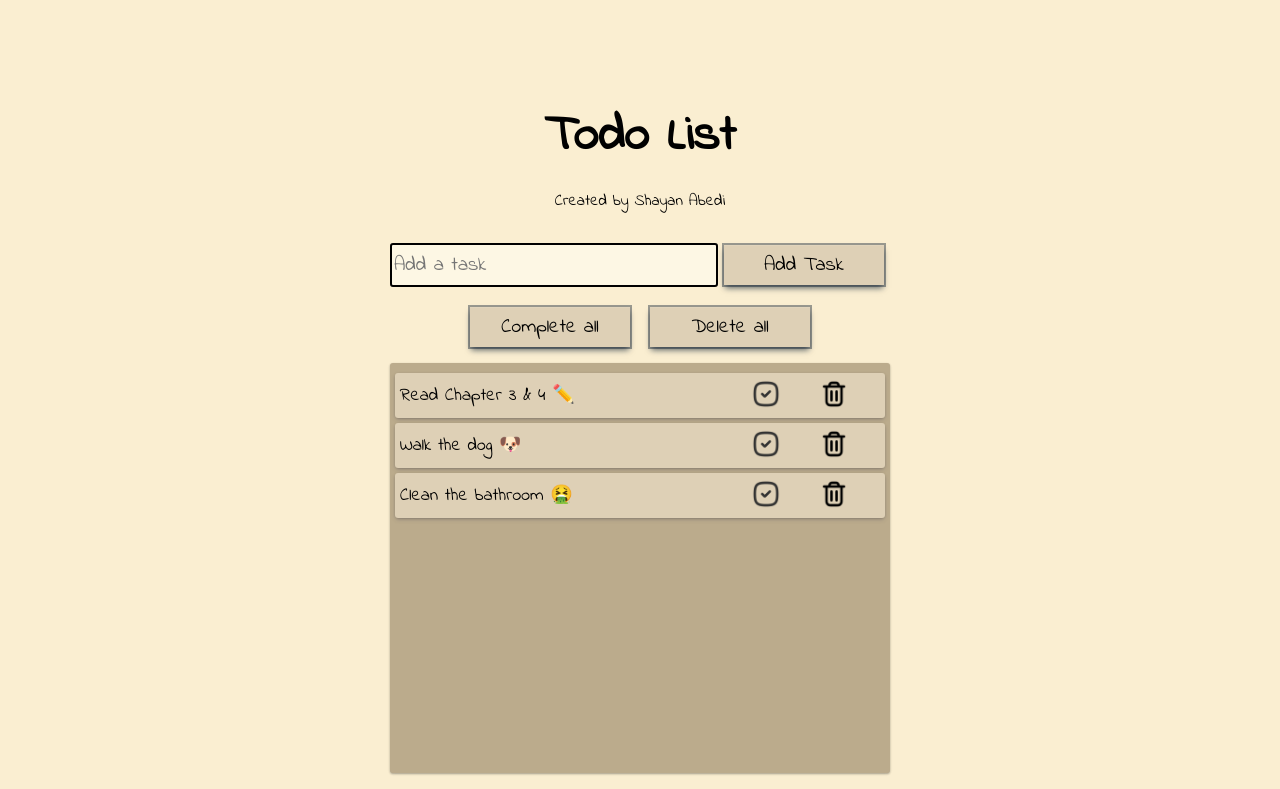
Repository: shayanabedi98/todo-list
Page: /
An editor plug-in stored every save of this project. The page is shown before and after the next save, followed by the edit.
The browser window is 1280 px wide. The pictures show the whole page.
The project was rebuilt for these pictures with package versions that can differ from the ones it lists, and the page was loaded fresh each time. Also part of the build but not shown: vite.config.js.

Above is the page before, as saved 2023-12-30 19:41:26.

### index.html
<!doctype html>
<html lang="en">
  <head>
    <meta charset="UTF-8" />
    <link rel="icon" type="image/svg+xml" href="./src/assets/pencil-svgrepo-com.png" />
    <meta name="viewport" content="width=device-width, initial-scale=1.0" />
    <link rel="preconnect" href="https://fonts.googleapis.com">
    <link rel="preconnect" href="https://fonts.gstatic.com" crossorigin>
    <link href="https://fonts.googleapis.com/css2?family=Indie+Flower&display=swap" rel="stylesheet">
    <title>Todo List</title>
  </head>
  <body>
    <div id="root"></div>
    <script type="module" src="/src/main.jsx"></script>
  </body>
</html>

### src/App.jsx
import { useState } from "react";
import { v4 as uuid } from "uuid";
import TodoList from "./TodoList";
import CreateTask from "./CreateTask";
import AffectAll from "./AffectAll";

function App() {
  const [list, setList] = useState([
    { id: uuid(), text: "Read Chapter 3 & 4 ✏️", completed: false },
    { id: uuid(), text: "Walk the dog 🐶", completed: false },
    { id: uuid(), text: "Clean the bathroom 🤮", completed: false },
  ]);
  const [input, setInput] = useState("");

  const addTask = () => {
    if (input.trim() !== "") {
      setList([...list, { id: uuid(), text: input, completed: false }]);
      setInput("");
    }
  };

  const handleChange = (event) => {
    setInput(event.target.value);
  };

  const handleDelete = (taskID) => {
    const newList = list.filter((task) => {
      return task.id !== taskID;
    });
    setList(newList);
  };

  const handleComplete = (taskID) => {
    const newList = list.map((task) => {
      if (task.id === taskID) {
        return { ...task, completed: !task.completed };
      } else {
        return task;
      }
    });
    setList(newList);
  };

  const clearAll = () => {
    setList([]);
  };

  const completeAll = () => {
    const isItCompleted = list.some((task) => !task.completed);
    const newList = list.map((task) => ({ ...task, completed: isItCompleted }));
    setList(newList)
  };

  return (
    <>
      <h1>Todo List</h1>
      <p id="developer">Created by Shayan Abedi</p>
      <CreateTask handleChange={handleChange} input={input} addTask={addTask} />
      <AffectAll clearAll={clearAll} completeAll={completeAll} />
      <TodoList
        list={list}
        handleDelete={handleDelete}
        handleComplete={handleComplete}
      />
    </>
  );
}

export default App;

### src/index.css
body {
  background-color: #FAEED1;
  font-family: 'Indie Flower', cursive;
}

h1 {
  font-size: 50px;
  margin-top: 100px;
  margin-bottom: 0;
  text-align: center;
}

.create-task {
  display: grid;
  place-items: center;
  align-content: center;
  grid-template-columns: 1fr 1fr;
  margin: 30px auto 0 auto;
}

.create-task input {
  background-color: #FDF7E4;
  border: 2px solid black;
  border-radius: 3px;
  font-size: 20px;
  height: 38px;
  width: 320px;
  font-family: 'Indie Flower', cursive;
}

.create-task button {
  background-color: #DED0B6;
  border: none;
  font-family: 'Indie Flower', cursive;
  height: 40px;
  width: 160px;
  font-size: 20px;
  box-shadow: rgba(6, 24, 44, 0.4) 0px 0px 0px 2px, rgba(6, 24, 44, 0.65) 0px 4px 6px -1px, rgba(255, 255, 255, 0.08) 0px 1px 0px inset;
  cursor: pointer;
}

.affect-all {
  display: flex;
  place-content: center;
  margin-top: 20px;
}

.affect-all button {
  background-color: #DED0B6;
  border: none;
  margin: 0 10px;
  font-family: 'Indie Flower', cursive;
  height: 40px;
  width: 160px;
  font-size: 20px;
  box-shadow: rgba(6, 24, 44, 0.4) 0px 0px 0px 2px, rgba(6, 24, 44, 0.65) 0px 4px 6px -1px, rgba(255, 255, 255, 0.08) 0px 1px 0px inset;
  cursor: pointer;
}

.list ul {
 padding: 5px;
 box-shadow: rgba(0, 0, 0, 0.12) 0px 1px 3px, rgba(0, 0, 0, 0.24) 0px 1px 2px;
  border-radius: 3px;
  background-color: #BBAB8C;
  min-height: 400px;
}

.list li {
  list-style: none;
  display: grid;
  grid-template-columns: 1fr 0.2fr 0.2fr;
  background-color: #DED0B6;
  margin-top: 5px;
  margin-bottom: 5px;
  padding: 5px;
  box-shadow: rgba(50, 50, 93, 0.25) 0px 2px 5px -1px, rgba(0, 0, 0, 0.3) 0px 1px 3px -1px;
  border-radius: 3px;
  font-size: 18px;
  align-items: center;
}

#developer, h1, .create-task, .list, .affect-all {
  width: 500px;
  margin-left: auto;
  margin-right: auto;
}

.list button {
  background-color: #DED0B6;
  height: 35px;
  width: 35px;
  margin: auto 2px;
  cursor: pointer;
  border: none;
  border-radius: 3px;
}

.list img, .affect-all img {
  height: 30px;
}

#developer {
  text-align: center;
}

### src/TodoList.jsx
import React from "react";
import trash from "./assets/trash.png";
import check from "./assets/check.png";

const TodoList = ({ handleComplete, handleDelete, list }) => {
  const completedStyle = (condition) => {
    return condition
      ? {
          color: "grey",
          textDecoration: "line-through",
        }
      : {};
  };

  return (
    <div className="list">
      <ul>
        {list.map((task) => {
          return (
            <li key={task.id}>
              <span style={completedStyle(task.completed)}>{task.text}</span>
              <button id="complete" onClick={() => handleComplete(task.id)}>
                <img src={check} alt="checkmark button"/>
              </button>
              <button id="delete" onClick={() => handleDelete(task.id)}>
                <img src={trash} alt="delete button"/>
              </button>
            </li>
          );
        })}
      </ul>
    </div>
  );
};

export default TodoList;

### src/CreateTask.jsx
import React from "react";

const CreateTask = ({input, addTask, handleChange}) => {
  return (
    <div className="create-task">
      <input
        onKeyDown={(e) => e.key === 'Enter' && addTask()}
        placeholder="Add a task"
        type="text"
        onChange={handleChange}
        value={input}
      />
      <button onClick={addTask}>Add Task</button>
    </div>
  );
};

export default CreateTask;

### src/AffectAll.jsx
import React from "react";


const AffectAll = ({ clearAll, completeAll }) => {
  return (
    <div className="affect-all">
      <button onClick={completeAll}>Complete all</button>
      <button onClick={clearAll}>Delete all</button>
    </div>
  );
};

export default AffectAll;

Loaded but not shown: src/main.jsx (common file)

After the next save:
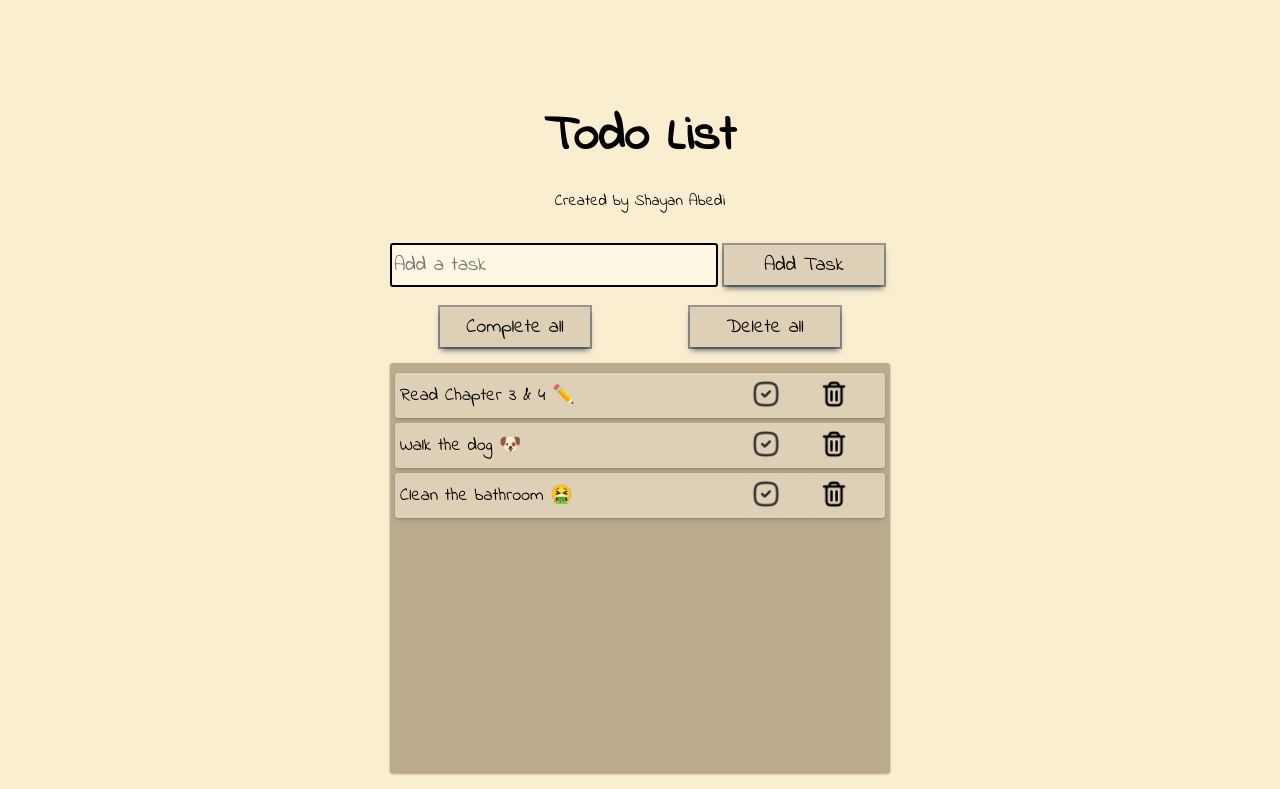
Saved 9 s later.
--- a/src/index.css
+++ b/src/index.css
@@ -48,7 +48,7 @@ h1 {
 .affect-all button {
   background-color: #DED0B6;
   border: none;
-  margin: 0 10px;
+  margin: 0 50px;
   font-family: 'Indie Flower', cursive;
   height: 40px;
   width: 160px;
